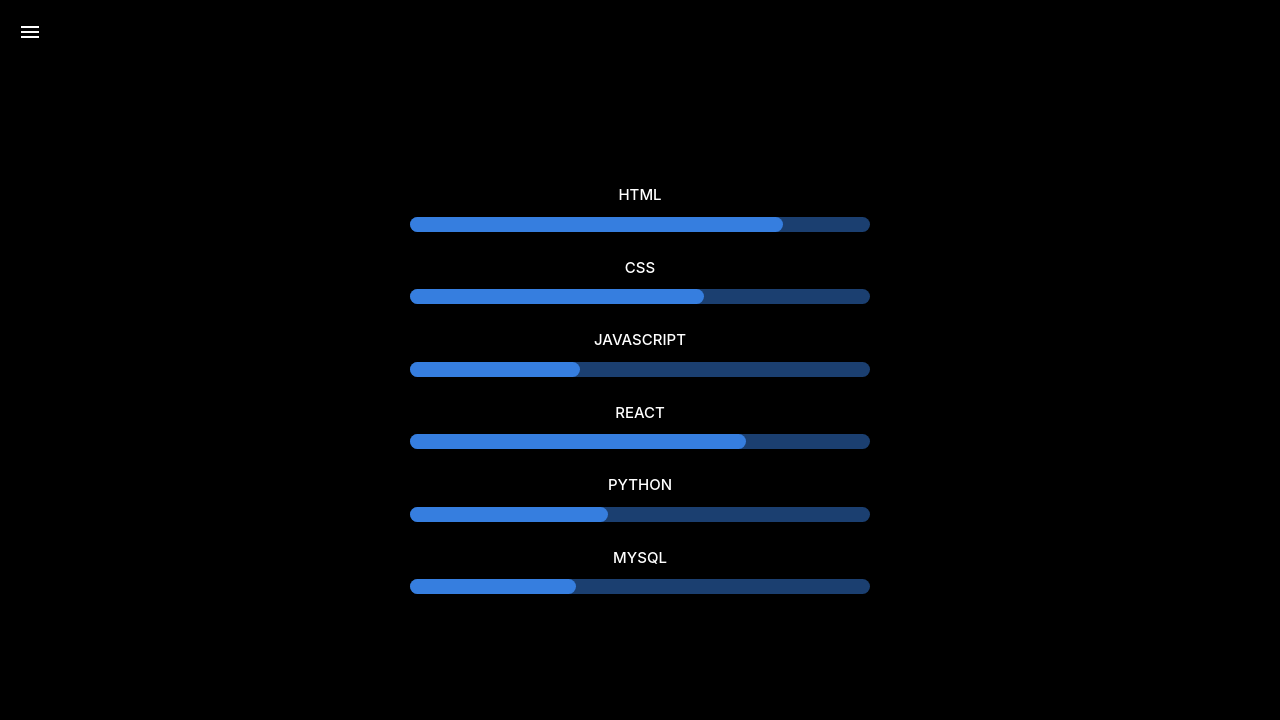
Repository: Ajtheult/portfolio.v3
Page: /skills
These files come from the project's save history. The page is drawn as it stood at one moment and after the next save; the edit follows.
The browser window is 1280 px wide. The pictures show the whole page.
Some web fonts or font styles are not loaded; a fallback is used. The project was rebuilt for these pictures with package versions that can differ from the ones it lists, and the page was loaded fresh each time. Also part of the build but not shown: src/components/layout/pages/Home.js, src/components/layout/pages/MyWork.js, src/components/layout/pages/Testimonials.js.

Above is the page before, as saved 2020-07-19 17:39:46.

After the next save:
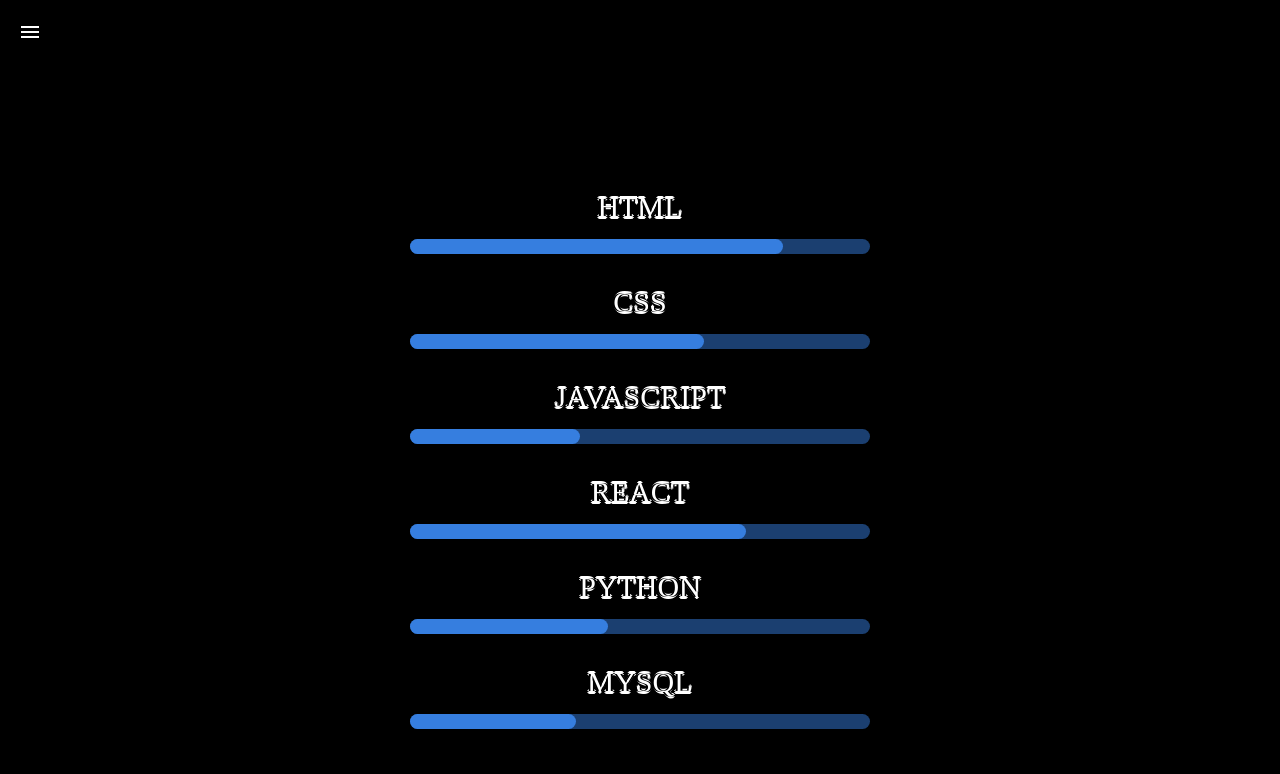
Saved 37 s later.
--- a/src/App.css
+++ b/src/App.css
@@ -311,3 +311,11 @@ div.admin-bg {
     width: 73%;
   }
 }
+
+.skills_text {
+  font-family: "Gruppo", cursive;
+  font-size: 30px;
+  text-shadow: 2px 0 0 rgb(0, 0, 0), -2px 0 0 rgb(0, 0, 0), 0 2px 0 #fff,
+    0 -2px 0 #fff, 1px 1px #fff, -1px -1px 0 #fff, 1px -1px 0 #fff,
+    -1px 1px 0 #fff;
+}
